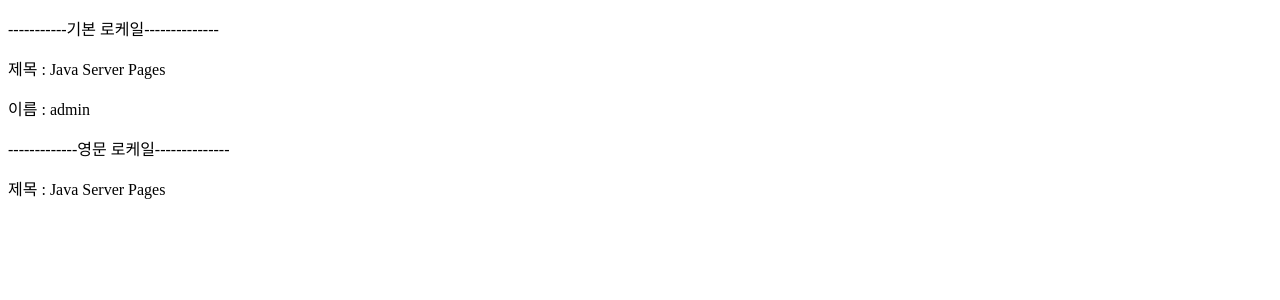
Repository: freedomseok8047/jsp
Page: http://localhost/JSPBook/ch08/jstl_fmt01.jsp
The author's editor kept a copy of each file at every save. The page is drawn from the files as they stood at one save, then again after the next save.
The browser window is 1280 px wide. The pictures show the whole page.
The page is served by Tomcat 9. Other server files are loaded and not shown.

Above is the page before, as saved 2023-08-29 07:18:49.

### JSPBook/src/main/webapp/ch08/jstl_fmt01.jsp
<%@ page language="java" contentType="text/html; charset=UTF-8"
    pageEncoding="UTF-8"%>
    <%@ taglib prefix="fmt" uri="http://java.sun.com/jsp/jstl/fmt" %>
<!DOCTYPE html>
<html>
<head>
<meta charset="UTF-8">
<title>Insert title here</title>
</head>
<body>
	<p>-----------기본 로케일--------------
	<fmt:setBundle basename="ch09.com.bundle.myBundle" var="resourceBundle" />
	<p> 제목 : <fmt:message key="title" bundle="${resourceBundle}"/>
	<p> <fmt:message key ="username" var="userMsg" bundle="${resourceBundle}" />
		이름 : ${userMsg}

	<p>-------------영문 로케일--------------
	<fmt:setLocale value="en"/>
	<fmt:setBundle basename="ch09.com.bundle.myBundle" var="resourceBundle" />
	<p> 제목 : <fmt:message key="title" bundle="${resourceBundle}"/>
	<p> <fmt:message key ="username" var="userMsg" bundle="${resourceBundle}" />
</body>
</html>

After the next save:
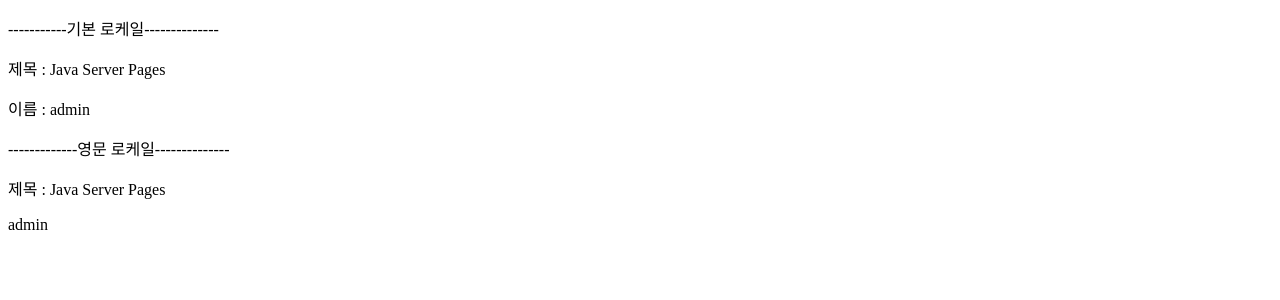
Saved 35 s later.
--- a/JSPBook/src/main/webapp/ch08/jstl_fmt01.jsp
+++ b/JSPBook/src/main/webapp/ch08/jstl_fmt01.jsp
@@ -18,6 +18,6 @@
 	<fmt:setLocale value="en"/>
 	<fmt:setBundle basename="ch09.com.bundle.myBundle" var="resourceBundle" />
 	<p> 제목 : <fmt:message key="title" bundle="${resourceBundle}"/>
-	<p> <fmt:message key ="username" var="userMsg" bundle="${resourceBundle}" />
+	<p> <fmt:message key ="username" bundle="${resourceBundle}" />
 </body>
 </html>
